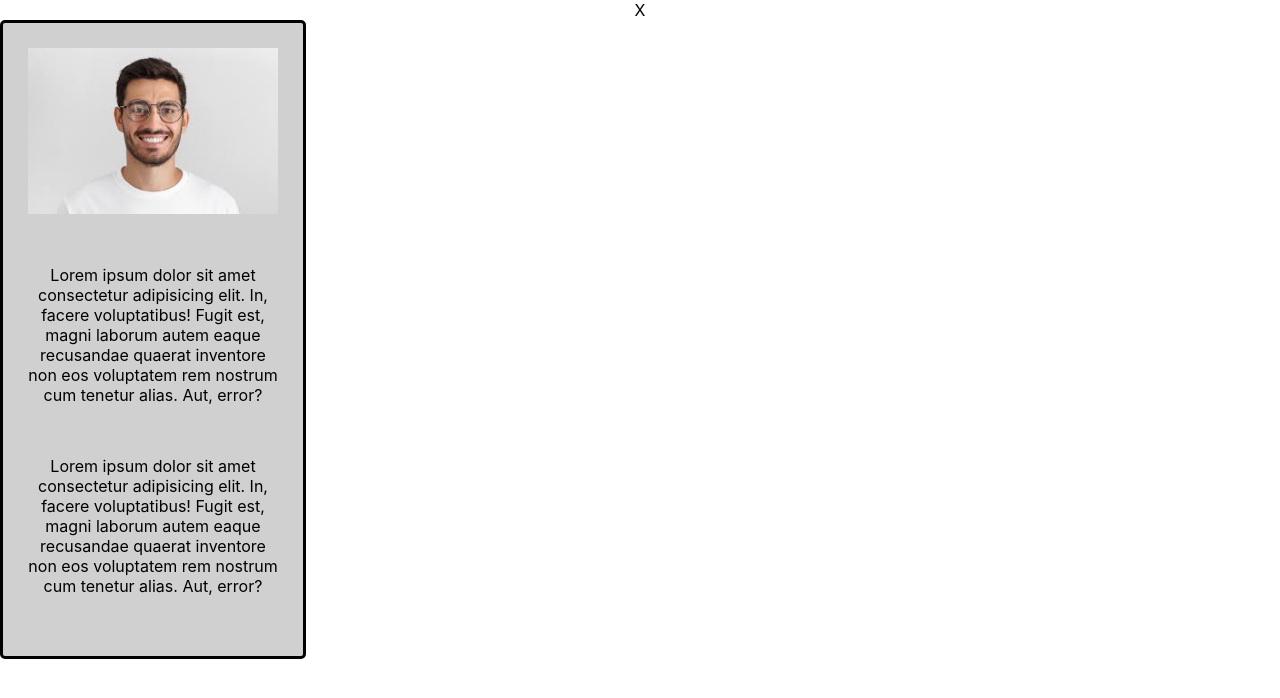
Repository: mikelnorth/team-profile-demo
Page: /
These files come from the project's save history. The page is drawn as it stood at one moment and after the next save; the edit follows.
The browser window is 1280 px wide. The pictures show the whole page.
The project was rebuilt for these pictures with package versions that can differ from the ones it lists, and the page was loaded fresh each time.

Above is the page before, as saved 2022-05-19 18:35:05.

### src/App.js
import './App.css';
import Card from './components/Card';

function App() {
  return (
    <div className="App">
      <nav>X</nav>

      <main>
        <Card/>
      </main>

    </div>
  );
}

export default App;

### src/components/Card.js
import headshot from "../assets/images/stock-head.jpeg";
import './Card.scss';

export default function Card() {
  return (
    <section className="card">
      <img src={headshot} alt="headshot" />
      <p>
        Lorem ipsum dolor sit amet consectetur adipisicing elit. In, facere
        voluptatibus! Fugit est, magni laborum autem eaque recusandae quaerat
        inventore non eos voluptatem rem nostrum cum tenetur alias. Aut, error?
      </p>
      <p>
        Lorem ipsum dolor sit amet consectetur adipisicing elit. In, facere
        voluptatibus! Fugit est, magni laborum autem eaque recusandae quaerat
        inventore non eos voluptatem rem nostrum cum tenetur alias. Aut, error?
      </p>
    </section>
  );
}

### src/components/Card.scss
.card {
  display: flex;
  flex-direction: column;
  width: 250px;
  padding: 25px;
  background-color: #d0d0d0;
  border: 3px solid black;
  border-radius: 5px;
  p, img {
  // border: 3px solid black;

    margin-bottom: 35px;
  }
}

Loaded but not shown: public/index.html (common file); src/index.js (common file); src/index.css (common file); src/reportWebVitals.js (common file); src/App.css (common file)

After the next save:
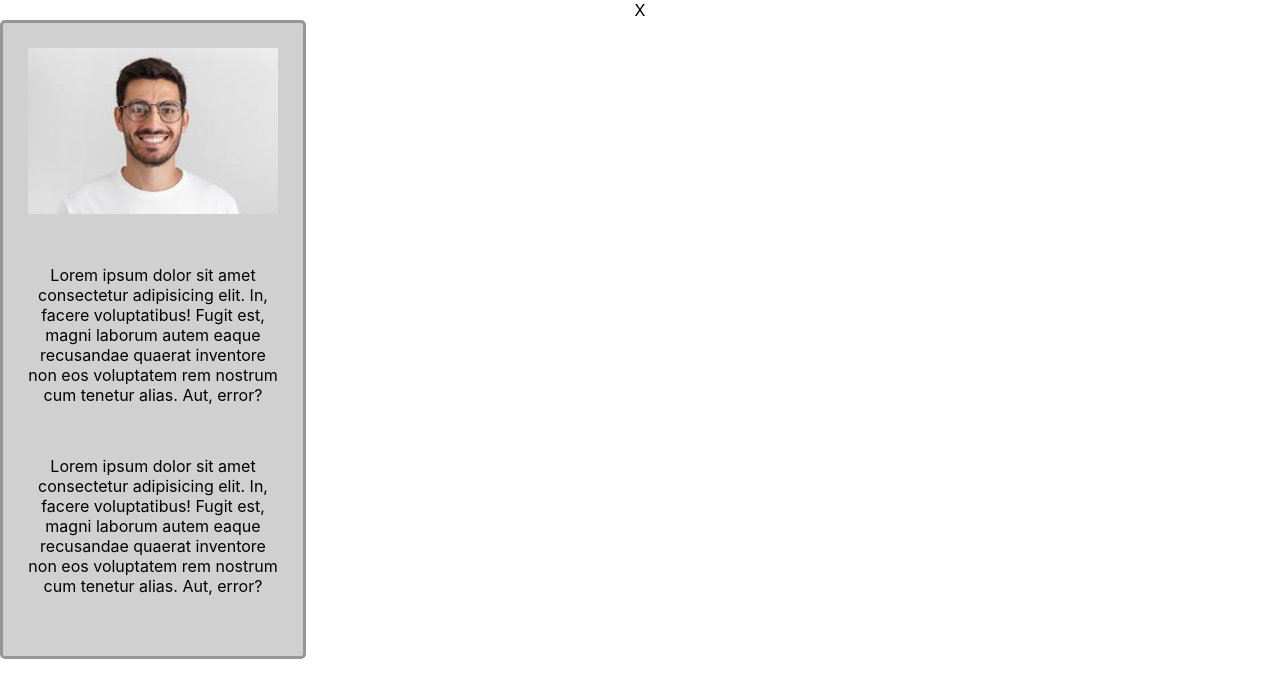
Saved 27 s later.
--- a/src/components/Card.scss
+++ b/src/components/Card.scss
@@ -4,8 +4,8 @@
   width: 250px;
   padding: 25px;
   background-color: #d0d0d0;
-  border: 3px solid black;
-  border-radius: 5px;
+  border: 3px solid #969696;
+    border-radius: 5px;
   p, img {
   // border: 3px solid black;
 
